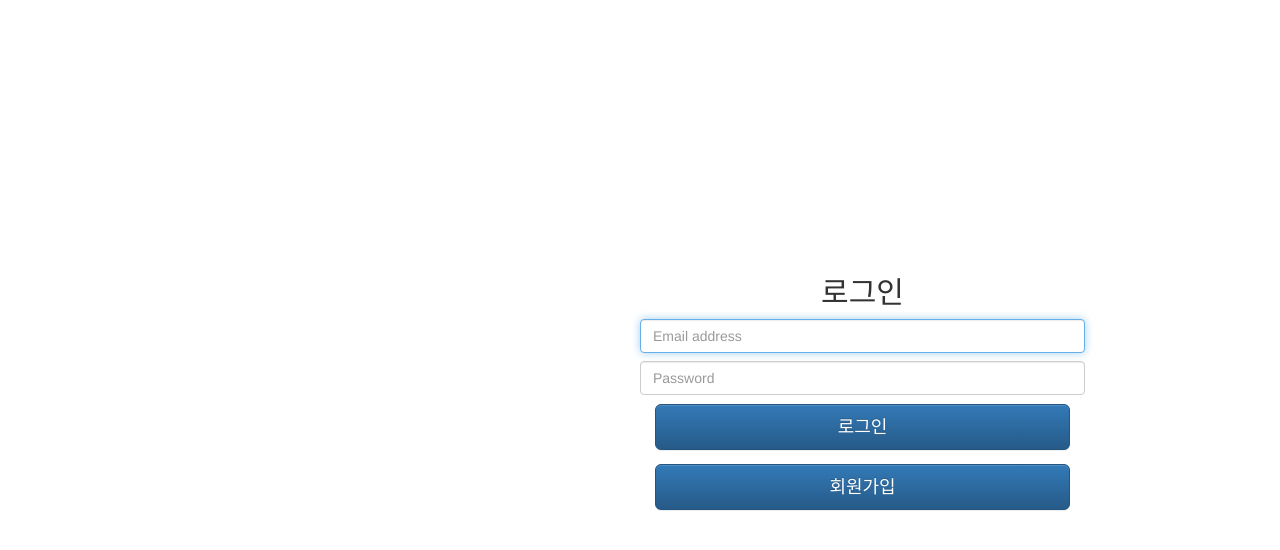
Repository: hrhwbp/Acorn-Final-Project
Page: http://localhost/final_project/index.jsp
An editor plug-in stored every save of this project. The page is shown before and after the next save, followed by the edit.
The browser window is 1280 px wide. The pictures show the whole page.
Some web libraries are served in a nearby version. The page is served by Tomcat 9. Nobody is signed in. The application's start-up code is not run. Other server files are loaded and not shown.

Above is the page before, as saved 2016-10-26 04:01:17.

### final_project/src/main/webapp/index.jsp
<%@ page language="java" contentType="text/html; charset=UTF-8"
	pageEncoding="UTF-8"%>
<!DOCTYPE html">
<html>
<head>
<meta http-equiv="Content-Type" content="text/html; charset=UTF-8">
<title>Insert title here</title>
<!-- 합쳐지고 최소화된 최신 CSS -->
<link rel="stylesheet"
	href="https://maxcdn.bootstrapcdn.com/bootstrap/3.3.2/css/bootstrap.min.css">
<!-- 부가적인 테마 -->
<link rel="stylesheet"
	href="https://maxcdn.bootstrapcdn.com/bootstrap/3.3.2/css/bootstrap-theme.min.css">
<style type="text/css">
.top_pd{
	padding-top: 2%;
}
.bottom_pd{
	padding-bottom: 2%;
}
</style>
<!-- 합쳐지고 최소화된 최신 자바스크립트 -->
<script
	src="https://ajax.googleapis.com/ajax/libs/jquery/3.1.1/jquery.min.js"></script>
<script
	src="https://maxcdn.bootstrapcdn.com/bootstrap/3.3.2/js/bootstrap.min.js"></script>
</head>
<body class="center-block()">
	<div class="container" style="padding-top: 20%">
		<div class="container col-md-5 col-md-offset-1"></div>
		<div class="container col-md-5">
		<div class="row col-md-12">
			<form class="form-signin">
				<h2 class="form-signin-heading text-center">로그인</h2>
				<div class="row">
				<label for="inputEmail" class="sr-only">Email address</label>
					<input
					type="email" id="inputEmail" class="form-control"
					placeholder="Email address" required autofocus>
				</div>
				<div class="row top_pd bottom_pd">
					<label
					for="inputPassword" class="sr-only">Password</label>
					<input
					type="password" id="inputPassword" class="form-control"
					placeholder="Password" required>
				</div>
				<button class="btn btn-lg btn-primary btn-block" type="submit">로그인</button>
			</form>
			<button class="btn btn-lg btn-primary btn-block" type="button">회원가입</button>
		</div>
		</div>
	</div>
</body>
</html>

After the next save:
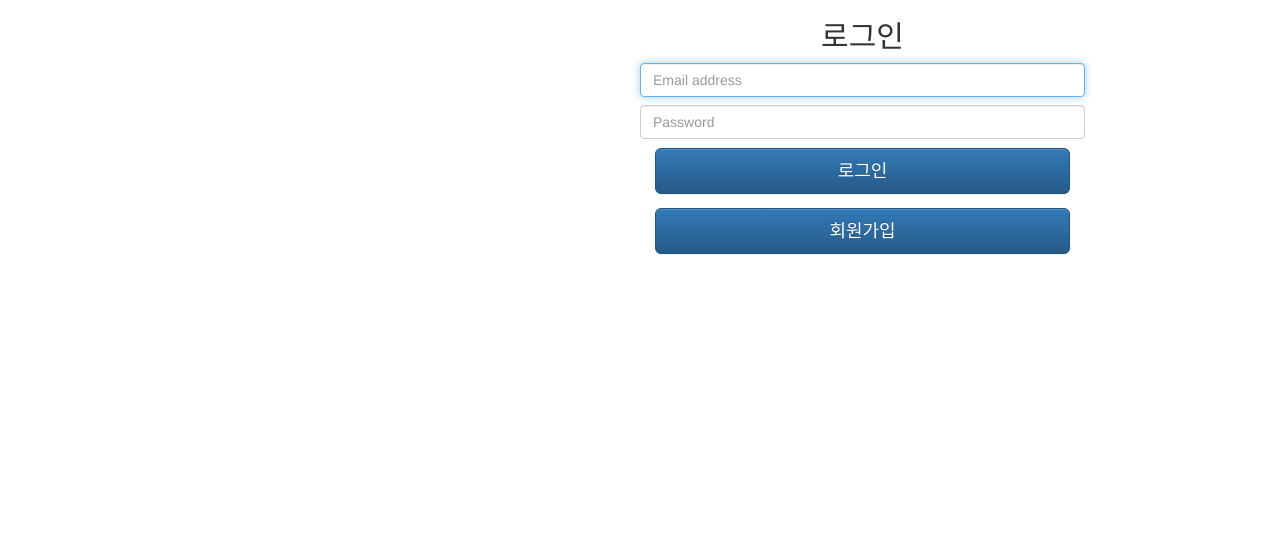
Saved 50 s later.
--- a/final_project/src/main/webapp/index.jsp
+++ b/final_project/src/main/webapp/index.jsp
@@ -18,6 +18,10 @@
 .bottom_pd{
 	padding-bottom: 2%;
 }
+.main_pd{
+	padding-top: 20%;
+	padding-bottom: 20%;
+}
 </style>
 <!-- 합쳐지고 최소화된 최신 자바스크립트 -->
 <script
@@ -26,7 +30,7 @@
 	src="https://maxcdn.bootstrapcdn.com/bootstrap/3.3.2/js/bootstrap.min.js"></script>
 </head>
 <body class="center-block()">
-	<div class="container" style="padding-top: 20%">
+	<div class="container">
 		<div class="container col-md-5 col-md-offset-1"></div>
 		<div class="container col-md-5">
 		<div class="row col-md-12">
